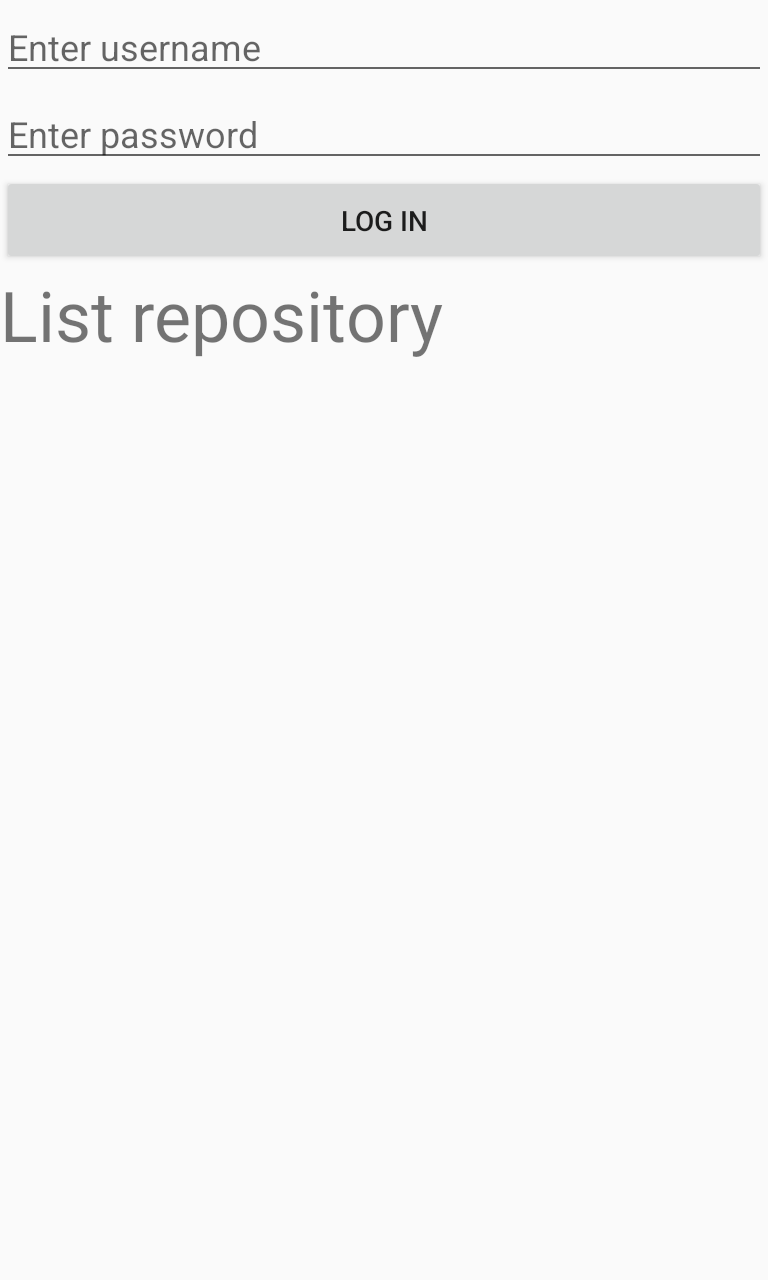
Repository: alexWr/app-rest
Layout: GitHubapp/res/layout/activity_main.xml
The author's editor kept a copy of each file at every save. The layout is drawn from the files as they stood at one save, then again after the next save.
It is drawn on a 768 x 1280 px phone screen (xhdpi) without system bars, with theme AppTheme; the app's code is not run.

Above is the layout before, as saved 2014-10-23 11:12:50.

After the next save:
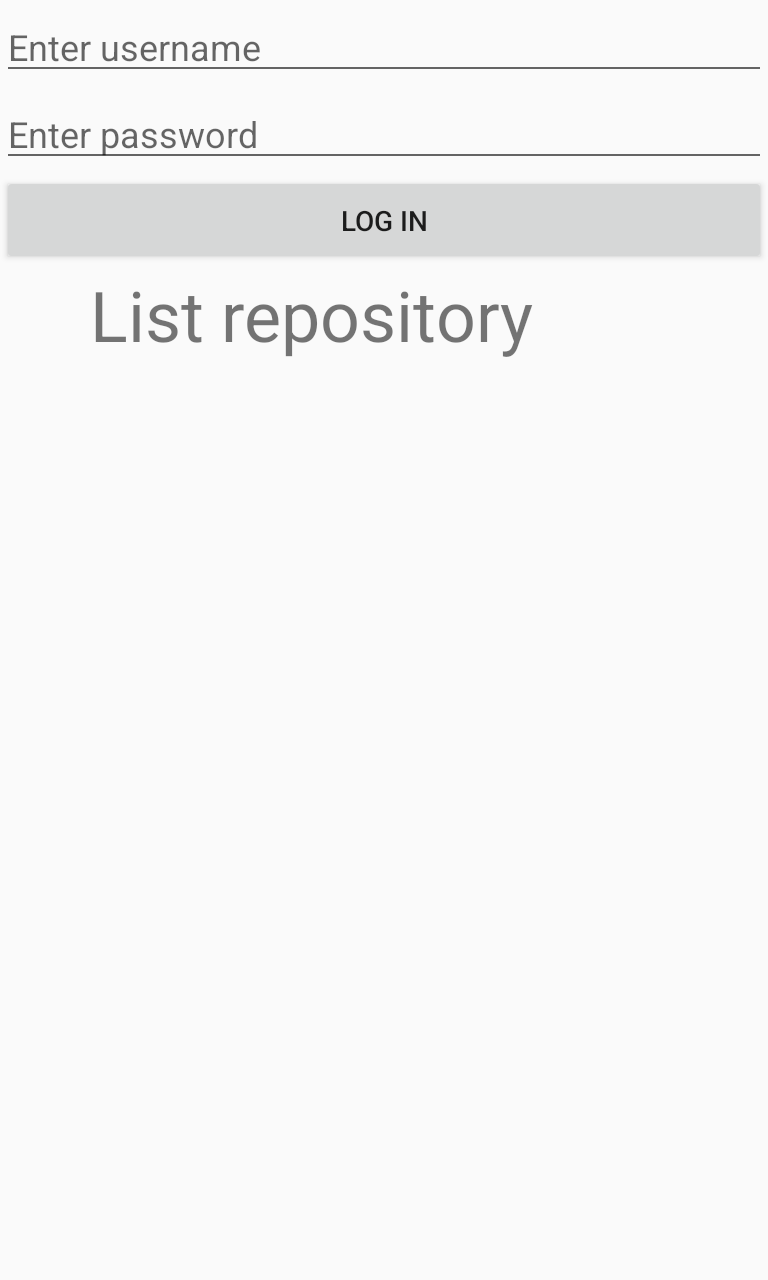
Saved 47 min 27 s later.
--- a/GitHubapp/res/layout/activity_main.xml
+++ b/GitHubapp/res/layout/activity_main.xml
@@ -32,6 +32,7 @@
 	    android:layout_width="match_parent"
 	    android:layout_height="wrap_content"
 	    android:layout_gravity="center"
+	    android:layout_marginLeft="30dp"
 	    android:textSize="35sp"
 	    android:text="List repository">
 	</TextView>
